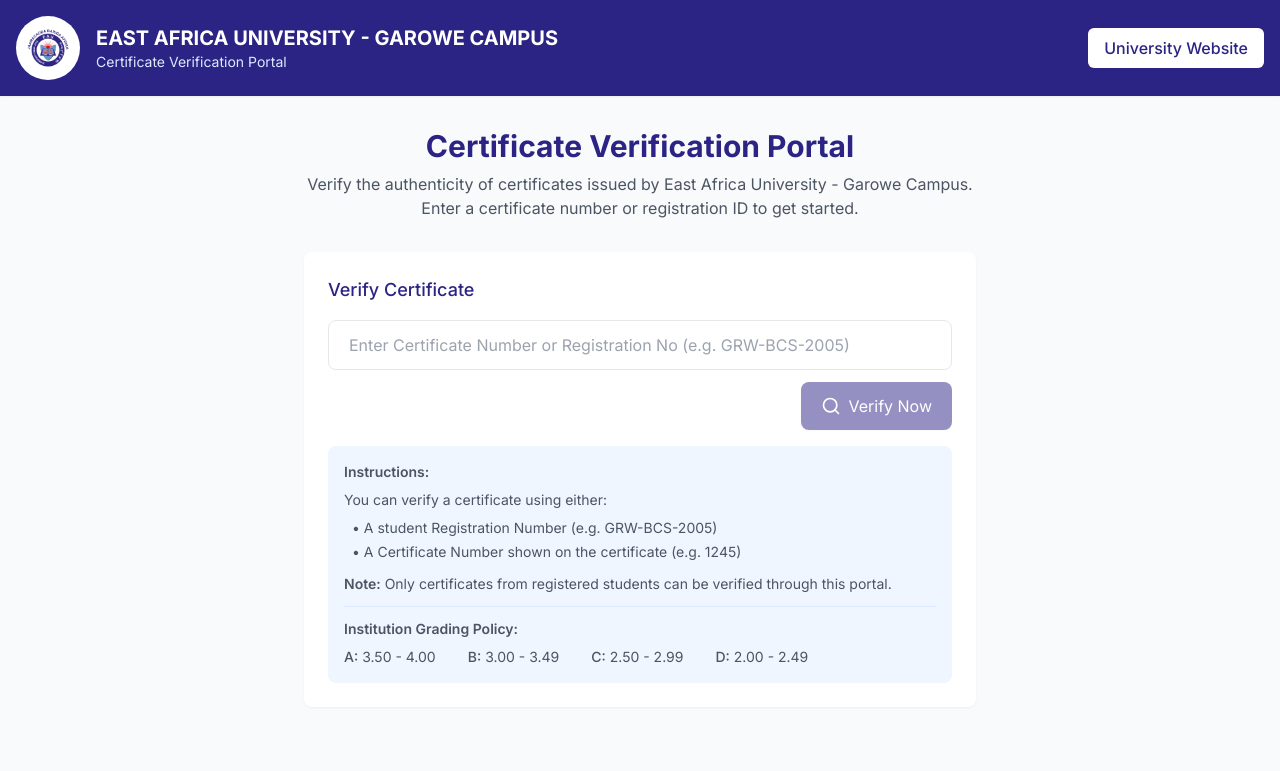
Repository: SaidIbraahim/EAU-Credential-Management-System
Page: / (app in apps/verify/)
The author's editor kept a copy of each file at every save. The page is drawn from the files as they stood at one save, then again after the next save.
The browser window is 1280 px wide. The pictures show the whole page.
The page's requests for data from a server got no answer. The project was rebuilt for these pictures with package versions that can differ from the ones it lists, and the page was loaded fresh each time. No one was signed in, and anything a server would have sent is missing. Also part of the build but not shown: apps/verify/vite.config.ts, apps/verify/src/components/ResultSection.tsx, apps/verify/src/components/PrintSection.tsx.

Above is the page before, as saved 2025-06-04 02:19:44.

### apps/verify/index.html
<!doctype html>
<html lang="en">
  <head>
    <meta charset="UTF-8" />
    <link rel="icon" type="image/svg+xml" href="/vite.svg" />
    <meta name="viewport" content="width=device-width, initial-scale=1.0" />
    <title>Verify Certificate</title>
  </head>
  <body>
    <div id="root"></div>
    <script type="module" src="/src/main.tsx"></script>
  </body>
</html>

### apps/verify/src/App.tsx
import React, { useEffect } from 'react';
import Header from './components/Header';
import SearchSection from './components/SearchSection';
import ResultSection from './components/ResultSection';
import PrintSection from './components/PrintSection';
import { useVerification } from './hooks/useVerification';
import { VerificationApi } from './services/api';

const App: React.FC = () => {
  const { result, isLoading, error, verify, reset } = useVerification();

  // Check API health on component mount
  useEffect(() => {
    const checkApiHealth = async () => {
      const isHealthy = await VerificationApi.healthCheck();
      if (!isHealthy) {
        console.warn('Backend API is not responding. Verification may not work properly.');
      }
    };

    checkApiHealth();
  }, []);

  const handlePrint = () => {
    window.print();
  };

  const handleNewSearch = () => {
    reset();
  };

  return (
    <div className="min-h-screen bg-gray-50">
      {/* Screen-only content - hidden during print */}
      <div className="no-print">
        <Header />

        <main className="container mx-auto px-4 py-8">
          {/* Portal Title and Instructions - Hide when result is shown */}
          {!result && (
            <div className="text-center mb-8">
              <h1 className="text-3xl font-bold text-[#2c2484] mb-2">
                Certificate Verification Portal
              </h1>
              <p className="text-gray-600 max-w-2xl mx-auto">
                Verify the authenticity of certificates issued by East Africa University - Garowe Campus.
                Enter a certificate number or registration ID to get started.
              </p>
            </div>
          )}

          {/* Search Section - Hide when result is shown */}
          {!result && (
            <SearchSection
              onSearch={verify}
              isLoading={isLoading}
              error={error || undefined}
            />
          )}

          {/* Results Section */}
          {result && (
            <>
              {/* New Search Button */}
              <div className="text-center mb-6">
                <button
                  onClick={handleNewSearch}
                  className="px-6 py-2 bg-gray-600 text-white rounded-lg hover:bg-gray-700 transition-colors"
                >
                  Search Another Certificate
                </button>
              </div>

              {/* Verification Result */}
              <ResultSection
                result={result}
                onPrint={handlePrint}
              />
            </>
          )}
        </main>
      </div>

      {/* Print-only content */}
      {result && (
        <PrintSection result={result} />
      )}
    </div>
  );
};

export default App;

### apps/verify/src/index.css
@import url('https://fonts.googleapis.com/css2?family=Inter:wght@400;500;600;700&display=swap');
@tailwind base;
@tailwind components;
@tailwind utilities;

/* Custom CSS for better typography and layout */
body {
  font-family: 'Inter', 'Segoe UI', Tahoma, Geneva, Verdana, sans-serif;
}

/* Print styles for clean single-page output */
@media print {
  /* Hide all screen elements */
  .no-print {
    display: none !important;
  }

  /* Show only print elements */
  .print-page {
    display: block !important;
  }

  /* Page setup for A4 single page */
  @page {
    size: A4;
    margin: 15mm;
  }

  /* Reset body and html for print */
  html, body {
    height: auto !important;
    background: white !important;
    color: black !important;
    font-size: 12pt !important;
    line-height: 1.2 !important;
  }

  /* Container adjustments */
  .container {
    max-width: 100% !important;
    margin: 0 !important;
    padding: 0 !important;
  }

  /* Print page styling */
  .print-page {
    width: 100% !important;
    max-width: 100% !important;
    margin: 0 !important;
    padding: 0 !important;
    page-break-after: avoid !important;
    page-break-inside: avoid !important;
  }

  /* Ensure content fits on one page */
  .print-header {
    page-break-inside: avoid !important;
  }

  /* Table styling for print */
  table {
    page-break-inside: avoid !important;
    width: 100% !important;
  }

  /* Image sizing for print */
  img {
    max-width: 100% !important;
    height: auto !important;
  }

  /* Force single page */
  * {
    -webkit-print-color-adjust: exact !important;
    print-color-adjust: exact !important;
  }
}

/* Screen-only styles */
@media screen {
  .print-page {
    display: none;
  }
}

### apps/verify/src/components/Header.tsx
import React, { useState } from 'react';
import { GraduationCap } from 'lucide-react';

interface HeaderProps {
  showPrintableHeader?: boolean;
}

const Header: React.FC<HeaderProps> = ({ showPrintableHeader = false }) => {
  const LogoComponent = ({ className, showFallback = false }: { className: string, showFallback?: boolean }) => {
    const [imageError, setImageError] = useState(false);

    if (showFallback || imageError) {
      return (
        <div className={`${className} bg-[#2c2484] text-white rounded-full flex items-center justify-center`}>
          <GraduationCap className="w-12 h-12" />
        </div>
      );
    }

    return (
      <img
        src="/EAU-Logo.png"
        alt="EAU Logo"
        className={className}
        onError={() => setImageError(true)}
      />
    );
  };

  if (showPrintableHeader) {
    return (
      <div className="hidden print:block print-header">
        <div className="flex justify-center mb-4">
          <LogoComponent className="w-20 h-20 object-contain" />
        </div>
        <h1 className="text-2xl font-bold text-center text-[#2c2484]">EAU GAROWE CAMPUS</h1>
        <h2 className="text-xl font-semibold text-center text-[#2c2484] mt-2">OFFICIAL CERTIFICATE VERIFICATION</h2>
        <div className="border-t-2 border-b-2 border-[#2c2484] my-4 py-2">
          <p className="text-center text-sm">This document is an official verification from East Africa University</p>
        </div>
      </div>
    );
  }

  return (
    <div className="bg-[#2c2484] shadow-sm no-print">
      <div className="container mx-auto px-4 py-4">
        <div className="flex items-center justify-between">
          <div className="flex items-center gap-4">
            <div className="w-16 h-16 bg-white rounded-full flex items-center justify-center">
              <LogoComponent className="w-12 h-12 object-contain" />
            </div>
            <div>
              <h1 className="text-xl font-bold text-white">EAST AFRICA UNIVERSITY - GAROWE CAMPUS</h1>
              <p className="text-sm text-blue-100">Certificate Verification Portal</p>
            </div>
          </div>
          <a
            href="https://eaugarowe.edu.so/"
            className="px-4 py-2 bg-white text-[#2c2484] rounded-md hover:bg-opacity-90 transition-colors font-medium"
            target="_blank"
            rel="noopener noreferrer"
          >
            University Website
          </a>
        </div>
      </div>
    </div>
  );
};

export default Header;

### apps/verify/src/components/SearchSection.tsx
import React, { useState } from 'react';
import { Search, Loader2, AlertCircle } from 'lucide-react';
import { SearchSectionProps } from '../types';

const SearchSection: React.FC<SearchSectionProps> = ({ onSearch, isLoading, error }) => {
  const [input, setInput] = useState('');

  const handleSubmit = () => {
    if (!input.trim()) {
      return;
    }
    onSearch(input.trim());
  };

  const handleKeyPress = (e: React.KeyboardEvent) => {
    if (e.key === 'Enter') {
      handleSubmit();
    }
  };

  return (
    <div className="max-w-2xl mx-auto mb-8 no-print">
      <div className="bg-white rounded-lg shadow-sm p-6">
        <h2 className="text-lg font-medium text-[#2c2484] mb-4">Verify Certificate</h2>

        <div className="flex flex-col gap-3">
          <input
            type="text"
            className="w-full px-5 py-3 border border-gray-200 rounded-lg focus:ring-2 focus:ring-[#2c2484] focus:border-transparent text-sm md:text-base"
            placeholder="Enter Certificate Number or Registration No (e.g. GRW-BCS-2005)"
            value={input}
            onChange={(e) => setInput(e.target.value)}
            onKeyPress={handleKeyPress}
            disabled={isLoading}
          />

          <button
            onClick={handleSubmit}
            disabled={isLoading || !input.trim()}
            className="w-full md:w-auto md:self-end px-5 py-3 bg-[#2c2484] text-white rounded-lg hover:bg-opacity-90 transition-colors flex items-center justify-center gap-2 shadow-sm disabled:opacity-50 disabled:cursor-not-allowed"
          >
            {isLoading ? (
              <Loader2 className="animate-spin h-5 w-5" />
            ) : (
              <>
                <Search className="h-5 w-5" />
                Verify Now
              </>
            )}
          </button>
        </div>

        {error && (
          <div className="mt-4 p-4 bg-red-50 rounded-lg flex items-center gap-2 text-red-700">
            <AlertCircle className="h-5 w-5" />
            <p>{error}</p>
          </div>
        )}

        <InstructionsPanel />
      </div>
    </div>
  );
};

const InstructionsPanel: React.FC = () => {
  return (
    <div className="mt-4 p-4 bg-blue-50 rounded-lg">
      <p className="text-sm text-gray-600 font-semibold mb-2">Instructions:</p>

      <p className="text-sm text-gray-600 mb-2">You can verify a certificate using either:</p>

      <ul className="text-sm text-gray-600 mb-3 space-y-1">
        <li className="pl-2">• A student Registration Number (e.g. GRW-BCS-2005)</li>
        <li className="pl-2">• A Certificate Number shown on the certificate (e.g. 1245)</li>
      </ul>

      <p className="text-sm text-gray-600 mb-3">
        <span className="font-semibold">Note:</span> Only certificates from registered students can be verified through this portal.
      </p>

      <div className="border-t border-blue-100 pt-3 mt-3">
        <p className="text-sm text-gray-600 font-semibold mb-2">Institution Grading Policy:</p>
        <div className="flex flex-wrap gap-x-8 gap-y-1 text-sm text-gray-600">
          <div className="flex items-center">
            <span className="font-medium mr-1">A:</span>
            <span>3.50 - 4.00</span>
          </div>
          <div className="flex items-center">
            <span className="font-medium mr-1">B:</span>
            <span>3.00 - 3.49</span>
          </div>
          <div className="flex items-center">
            <span className="font-medium mr-1">C:</span>
            <span>2.50 - 2.99</span>
          </div>
          <div className="flex items-center">
            <span className="font-medium mr-1">D:</span>
            <span>2.00 - 2.49</span>
          </div>
        </div>
      </div>
    </div>
  );
};

export default SearchSection;

### apps/verify/src/hooks/useVerification.ts
import { useState, useCallback } from 'react';
import { VerificationResult, VerificationResponse } from '../types';
import { VerificationApi } from '../services/api';

interface UseVerificationResult {
  result: VerificationResult | null;
  isLoading: boolean;
  error: string | null;
  verify: (query: string) => Promise<void>;
  reset: () => void;
}

export const useVerification = (): UseVerificationResult => {
  const [result, setResult] = useState<VerificationResult | null>(null);
  const [isLoading, setIsLoading] = useState(false);
  const [error, setError] = useState<string | null>(null);

  const verify = useCallback(async (query: string) => {
    if (!query.trim()) {
      setError('Please enter a Certificate Number or Registration Number');
      return;
    }

    setIsLoading(true);
    setError(null);
    setResult(null);

    try {
      const response: VerificationResponse = await VerificationApi.verifyStudent(query);

      if (response.success && response.student) {
        const verificationResult: VerificationResult = {
          student: response.student,
          verificationDate: new Date().toISOString(),
          isValid: true,
        };
        setResult(verificationResult);
      } else {
        setError(response.message || 'No result found for the ID provided');
      }
    } catch (err: any) {
      console.error('Verification error:', err);
      setError('An error occurred while verifying the certificate. Please try again.');
    } finally {
      setIsLoading(false);
    }
  }, []);

  const reset = useCallback(() => {
    setResult(null);
    setError(null);
    setIsLoading(false);
  }, []);

  return {
    result,
    isLoading,
    error,
    verify,
    reset,
  };
};

### apps/verify/src/services/api.ts
import axios from 'axios';
import { Student, VerificationRequest, VerificationResponse } from '../types';

// API configuration
const API_BASE_URL = import.meta.env.VITE_API_URL || 'http://localhost:3000/api';

const api = axios.create({
  baseURL: API_BASE_URL,
  timeout: 10000,
  headers: {
    'Content-Type': 'application/json',
  },
});

// API service class
export class VerificationApi {
  /**
   * Verify a student by registration ID or certificate ID using the public endpoint
   */
  static async verifyStudent(query: string): Promise<VerificationResponse> {
    try {
      if (!query.trim()) {
        return {
          success: false,
          message: 'Please enter a Certificate Number or Registration Number',
        };
      }

      // Use the new public verification endpoint - this already includes documents with presigned URLs
      const response = await api.get(`/verify/${encodeURIComponent(query.trim())}`);

      if (response.data.success && response.data.student) {
        return {
          success: true,
          student: response.data.student,
        };
      } else {
        return {
          success: false,
          message: response.data.message || 'No student found with the provided ID',
        };
      }
    } catch (error: any) {
      console.error('Verification error:', error);

      if (error.response?.status === 404) {
        return {
          success: false,
          message: 'No student found with the provided ID',
        };
      } else if (error.response?.status === 400) {
        return {
          success: false,
          message: error.response.data.message || 'Invalid identifier format',
        };
      } else {
        return {
          success: false,
          message: 'An error occurred while verifying the certificate. Please try again.',
        };
      }
    }
  }

  /**
   * Health check for the API
   */
  static async healthCheck(): Promise<boolean> {
    try {
      const response = await api.get('/faculties');
      return response.status === 200;
    } catch (error) {
      console.error('API health check failed:', error);
      return false;
    }
  }
}

export default VerificationApi;

Loaded but not shown: apps/verify/src/main.tsx (common file); apps/verify/tailwind.config.js (common file)

After the next save:
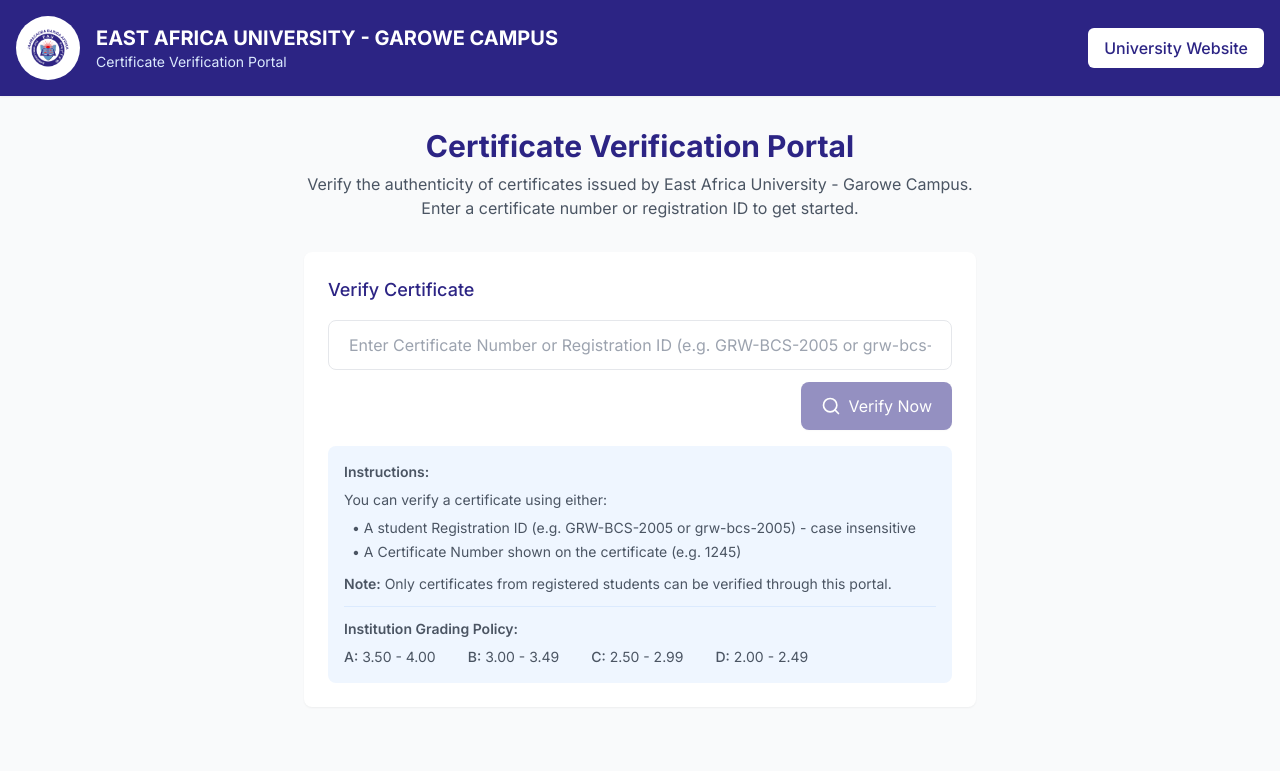
Saved 7 min 7 s later.
--- a/apps/verify/src/components/SearchSection.tsx
+++ b/apps/verify/src/components/SearchSection.tsx
@@ -27,7 +27,7 @@
           <input
             type="text"
             className="w-full px-5 py-3 border border-gray-200 rounded-lg focus:ring-2 focus:ring-[#2c2484] focus:border-transparent text-sm md:text-base"
-            placeholder="Enter Certificate Number or Registration No (e.g. GRW-BCS-2005)"
+            placeholder="Enter Certificate Number or Registration ID (e.g. GRW-BCS-2005 or grw-bcs-2005)"
             value={input}
             onChange={(e) => setInput(e.target.value)}
             onKeyPress={handleKeyPress}
@@ -71,7 +71,7 @@
       <p className="text-sm text-gray-600 mb-2">You can verify a certificate using either:</p>
 
       <ul className="text-sm text-gray-600 mb-3 space-y-1">
-        <li className="pl-2">• A student Registration Number (e.g. GRW-BCS-2005)</li>
+        <li className="pl-2">• A student Registration ID (e.g. GRW-BCS-2005 or grw-bcs-2005) - case insensitive</li>
         <li className="pl-2">• A Certificate Number shown on the certificate (e.g. 1245)</li>
       </ul>
 
